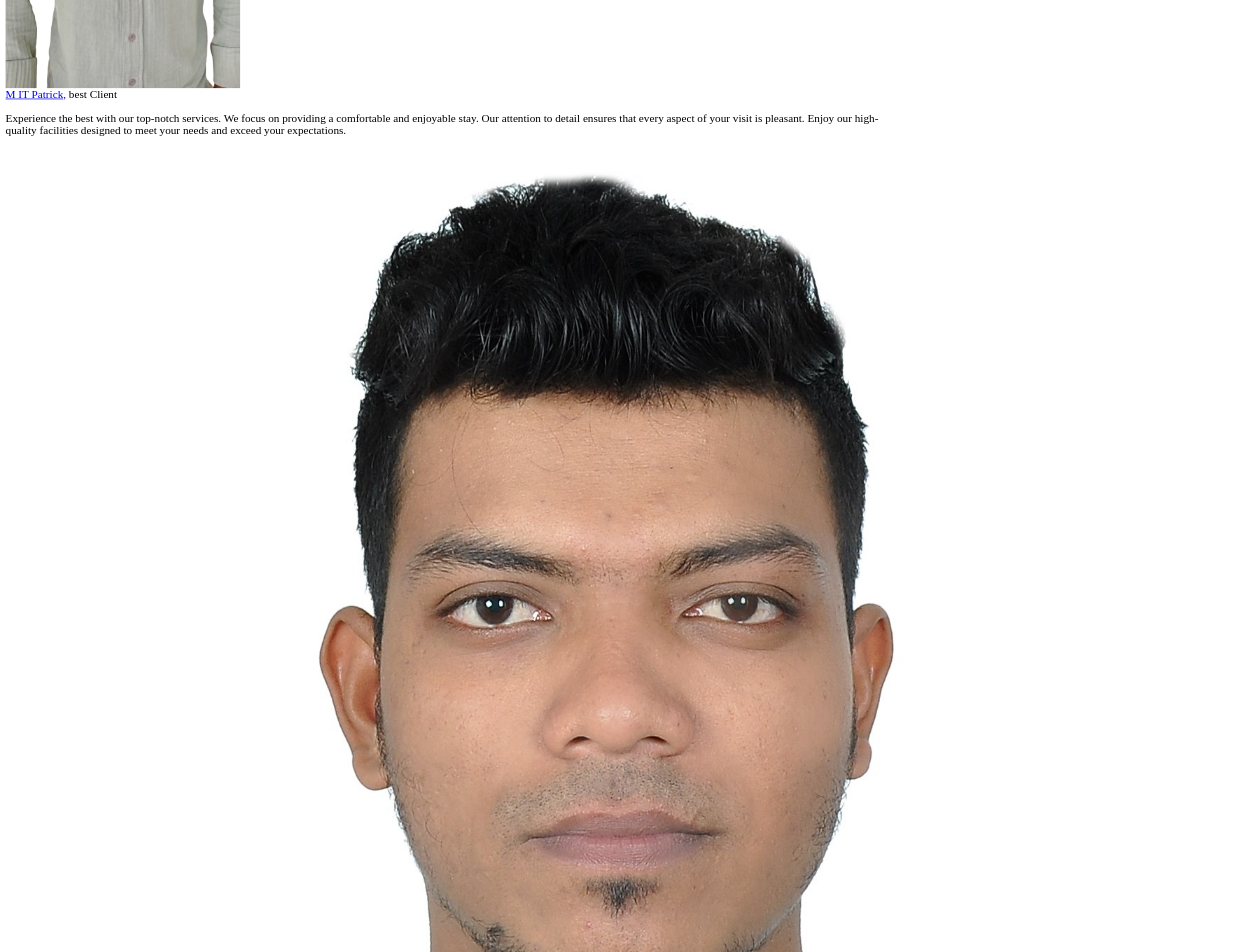
Repository: ITpatrick1/Accommodation-System
Page: http://localhost/home.php
These files come from the project's save history. The page is drawn as it stood at one moment and after a run of saves; the edit follows.
The browser window is 1280 px wide. The page is 1770 px wide, then 1673 px, so the pictures cover 1770 px, including what lies to the right of the window. The pictures show the part of the page from y = 3997 to 5357 px (the page is 8213 px tall before and 7286 px after), at 70% of full size.
The page is run by PHP 8.4 with error messages shown; the project is at /var/www/html/.

Above is the page before, as saved 2024-08-19 01:59:44.

### home.php
<div class="intro">
    <div class="container">
      <div class="row">
        <div class="col">
          <div class="section_title text-center">
            <div>Welcome</div>
            <h1>Amazing Hotel in front of the Sea</h1>
          </div>
        </div>
      </div>
      <div class="row intro_row">
        <div class="col-xl-8 col-lg-10 offset-xl-2 offset-lg-1">
          <div class="intro_text text-center">
            <p>Effective planning and maximum effort are essential for success. Handling time well and with pleasure is key to managing tasks smoothly without obstacles. Focus on details, even when things are complicated, and stay concentrated on important tasks for progress. Carefully plan for future success and respect important tasks. Enjoy managing time and addressing tasks effectively, without barriers. Pay attention to details amidst complexity and keep focused on key tasks for growth and advancement. Planning carefully and respecting essential tasks will lead to future success.</p>
          </div>
        </div>
      </div>
      <div class="row gallery_row">
        <div class="col">

          <!-- Gallery -->
          <div class="gallery_slider_container">
            <div class="owl-carousel owl-theme gallery_slider">

              <!-- Slide -->
              <div class="gallery_slide">
                <img src="images/gallery_1.jpg" alt="">
                <div class="gallery_overlay">
                  <div class="text-center d-flex flex-column align-items-center justify-content-center">
                    <a href="#">
                      <!-- <span>+</span>
                      <span>See More</span> -->
                    </a>
                  </div>
                </div>
              </div>

              <!-- Slide -->
              <div class="gallery_slide">
                <img src="images/gallery_2.jpg" alt="">
                <div class="gallery_overlay">
                  <div class="text-center d-flex flex-column align-items-center justify-content-center">
                    <a href="#">
                      <!-- <span>+</span>
                      <span>See More</span> -->
                    </a>
                  </div>
                </div>
              </div>

              <!-- Slide -->
              <div class="gallery_slide">
                <img src="images/gallery_3.jpg" alt="">
                <div class="gallery_overlay">
                  <div class="text-center d-flex flex-column align-items-center justify-content-center">
                    <a href="#">
                      <!-- <span>+</span>
                      <span>See More</span> -->
                    </a>
                  </div>
                </div>
              </div>

              <!-- Slide -->
              <div class="gallery_slide">
                <img src="images/gallery_4.jpg" alt="">
                <div class="gallery_overlay">
                  <div class="text-center d-flex flex-column align-items-center justify-content-center">
                    <a href="#">
                      <!-- <span>+</span>
                      <span>See More</span> -->
                    </a>
                  </div>
                </div>
              </div>

            </div>
          </div>

        </div>
      </div>
    </div>
  </div>

  <!-- Rooms -->

  <div class="rooms_right container_wrapper">
    <div class="container">
      <div class="row row-eq-height">

        <!-- Rooms Image -->
        <div class="col-xl-6 order-xl-1 order-2">
          <div class="rooms_slider_container">
            <div class="owl-carousel owl-theme rooms_slider">

              <!-- Slide -->
              <div class="slide">
                <div class="background_image" style="background-image:url(images/rooms_1.jpg)"></div>
              </div>

              <!-- Slide -->
              <div class="slide">
                <div class="background_image" style="background-image:url(images/rooms_1.jpg)"></div>
              </div>

              <!-- Slide -->
              <div class="slide">
                <div class="background_image" style="background-image:url(images/rooms_1.jpg)"></div>
              </div>

            </div>
          </div>
        </div>

        <!-- Rooms Content -->
        <div class="col-xl-6 order-xl-2 order-1">
          <div class="rooms_right_content">
            <div class="section_title">
              <div>Rooms</div>
              <h1>Luxury Double Suite</h1>
            </div>
            <div class="rooms_text">
              <p>Effective planning and effort are crucial. Managing time well and handling tasks smoothly are important for success. Focus on key details, even if things get complicated, and stay committed to your goals. Plan carefully and respect essential tasks to achieve progress. Enjoy managing time and addressing tasks effectively, and stay focused on important details to ensure success.</p>
            </div>
            <div class="rooms_list">
              <ul>
                <li class="d-flex flex-row align-items-center justify-content-start">
                  <img src="images/check.png" alt="">
                  <span>Time management and handling tasks were effective.</span>
                </li>
                <li class="d-flex flex-row align-items-center justify-content-start">
                  <img src="images/check.png" alt="">
                  <span>Time management was effective</span>
                </li>
                <li class="d-flex flex-row align-items-center justify-content-start">
                  <img src="images/check.png" alt="">
                  <span>Flexible and adaptable to elite standards.</span>
                </li>
              </ul>
            </div>
            <div class="rooms_price">70,000FRW/<span>Night</span></div>

          </div>
        </div>

      </div>
    </div>
  </div>

  <!-- Rooms -->

  <div class="rooms_left container_wrapper">
    <div class="container">
      <div class="row row-eq-height">

        <!-- Rooms Content -->
        <div class="col-xl-6">
          <div class="rooms_left_content">
            <div class="section_title">
              <div>Rooms</div>
              <h1>Luxury Single Room</h1>
            </div>
            <div class="rooms_text">
              <p>Focus on optimizing your approach. Time management was previously handled well. No issues with the details; everything is in place. Ensure consistency in practices and focus on improvements. Handle tasks with precision and adapt as needed. Maintain high standards and adjust strategies as required. Previously managed time effectively.</p>
            </div>
            <div class="rooms_list">
              <ul>
                <li class="d-flex flex-row align-items-center justify-content-start">
                  <img src="images/check.png" alt="">
                  <span>Time management was previously handled well.</span>
                </li>
                <li class="d-flex flex-row align-items-center justify-content-start">
                  <img src="images/check.png" alt="">
                  <span>Time management was previously managed</span>
                </li>
                <li class="d-flex flex-row align-items-center justify-content-start">
                  <img src="images/check.png" alt="">
                  <span>Use options carefully to achieve the best outcome.</span>
                </li>
              </ul>
            </div>
            <div class="rooms_price">97,000FRW/<span>Night</span></div>

          </div>
        </div>

        <!-- Rooms Image -->
        <div class="col-xl-6">
          <div class="rooms_slider_container">
            <div class="owl-carousel owl-theme rooms_slider">

              <!-- Slide -->
              <div class="slide">
                <div class="background_image" style="background-image:url(images/rooms_2.jpg)"></div>
              </div>

              <!-- Slide -->
              <div class="slide">
                <div class="background_image" style="background-image:url(images/rooms_2.jpg)"></div>
              </div>

              <!-- Slide -->
              <div class="slide">
                <div class="background_image" style="background-image:url(images/rooms_2.jpg)"></div>
              </div>

            </div>
          </div>
        </div>

      </div>
    </div>
  </div>

  <!-- Discover -->

  <div class="discover">

    <!-- Discover Content -->
    <div class="discover_content">
      <div class="container">
        <div class="row">
          <div class="col-lg-5">
            <div class="section_title">
              <div>Hotel</div>
              <h1>Discover Marimar Hotel</h1>
            </div>
          </div>
        </div>
        <div class="row discover_row">
          <div class="col-lg-5">
            <div class="discover_highlight">
              <p>Time has passed, but the experience remains excellent. The hotel offers great amenities, with a focus on quality and comfort.</p>
            </div>
            <!-- <div class="button discover_button"><a href="#">discover</a></div> -->
          </div>
          <div class="col-lg-7">
            <div class="discover_text">
              <p>Time has passed, but the experience is still excellent. The hotel offers top-notch amenities and a comfortable environment. The service is consistent and focused on quality. Our facilities are designed to meet your needs and ensure a pleasant stay. Whether you’re looking for relaxation or convenience, everything is carefully maintained to provide a satisfying experience.</p>
            </div>
          </div>
        </div>
      </div>
    </div>

    <!-- Discover Slider -->
    <div class="discover_slider_container">
      <div class="owl-carousel owl-theme discover_slider">

        <!-- Slide -->
        <div class="slide">
          <div class="background_image" style="background-image:url(images/discover_1.jpg)"></div>
          <div class="discover_overlay d-flex flex-column align-items-center justify-content-center">
            <h1><a href="#">Weddings</a></h1>
          </div>
        </div>

        <!-- Slide -->
        <div class="slide">
          <div class="background_image" style="background-image:url(images/discover_2.jpg)"></div>
          <div class="discover_overlay d-flex flex-column align-items-center justify-content-center">
            <h1><a href="#">Parties</a></h1>
          </div>
        </div>

        <!-- Slide -->
        <div class="slide">
          <div class="background_image" style="background-image:url(images/discover_3.jpg)"></div>
          <div class="discover_overlay d-flex flex-column align-items-center justify-content-center">
            <h1><a href="#">Relax</a></h1>
          </div>
        </div>

      </div>
    </div>

  </div>

  <!-- Testimonials -->

  <div class="testimonials">
    <div class="container">
      <div class="row">
        <div class="col">
          <div class="section_title text-center">
            <div>Clients</div>
            <h1>Testimonials</h1>
          </div>
        </div>
      </div>
      <div class="row testimonials_row">
        <div class="col">

          <!-- Testimonials Slider -->
          <div class="testimonials_slider_container">
            <div class="owl-carousel owl-theme testimonials_slider">

              <!-- Slide -->
              <div>
                <div class="testimonial_text text-center">
                  <p>"Experience top-notch service and amenities. Our focus is on providing a comfortable and pleasant stay. We offer high-quality facilities with attention to detail. Our goal is to ensure that your visit is enjoyable and meets your expectations.</p>
                </div>
                <div class="testimonial_author text-center">
                  <div class="testimonial_author_image"><img src="images/1.png" alt=""></div>
                  <div class="testimonial_author_name"><a href="#">M IT Patrick,</a><span> best Client</span></div>
                </div>
              </div>

              <!-- Slide -->
              <div>
                <div class="testimonial_text text-center">
                  <p>Experience the best with our top-notch services. We focus on providing a comfortable and enjoyable stay. Our attention to detail ensures that every aspect of your visit is pleasant. Enjoy our high-quality facilities designed to meet your needs and exceed your expectations.</p>
                </div>
                <div class="testimonial_author text-center">
                  <div class="testimonial_author_image"><img src="images/rayhan.jpg" alt=""></div>
                  <div class="testimonial_author_name"><a href="#">N IT kevin,</a><span> Client</span></div>
                </div>
              </div>

              <!-- Slide -->
              <div>
                <div class="testimonial_text text-center">
                  <p>Experience top-notch service with our attention to detail. We ensure your stay is comfortable and enjoyable. Our facilities are designed to meet your needs and exceed your expectations. Enjoy a stay where everything is taken care of for you.</p>
                </div>
                <div class="testimonial_author text-center">
                  <div class="testimonial_author_image"><img src="images/tushar.jpg" alt=""></div>
                  <div class="testimonial_author_name"><a href="#">N_David,</a><span> Client</span></div>
                </div>
              </div>

            </div>
          </div>
        </div>
      </div>
    </div>
  </div>

After the next 3 saves:
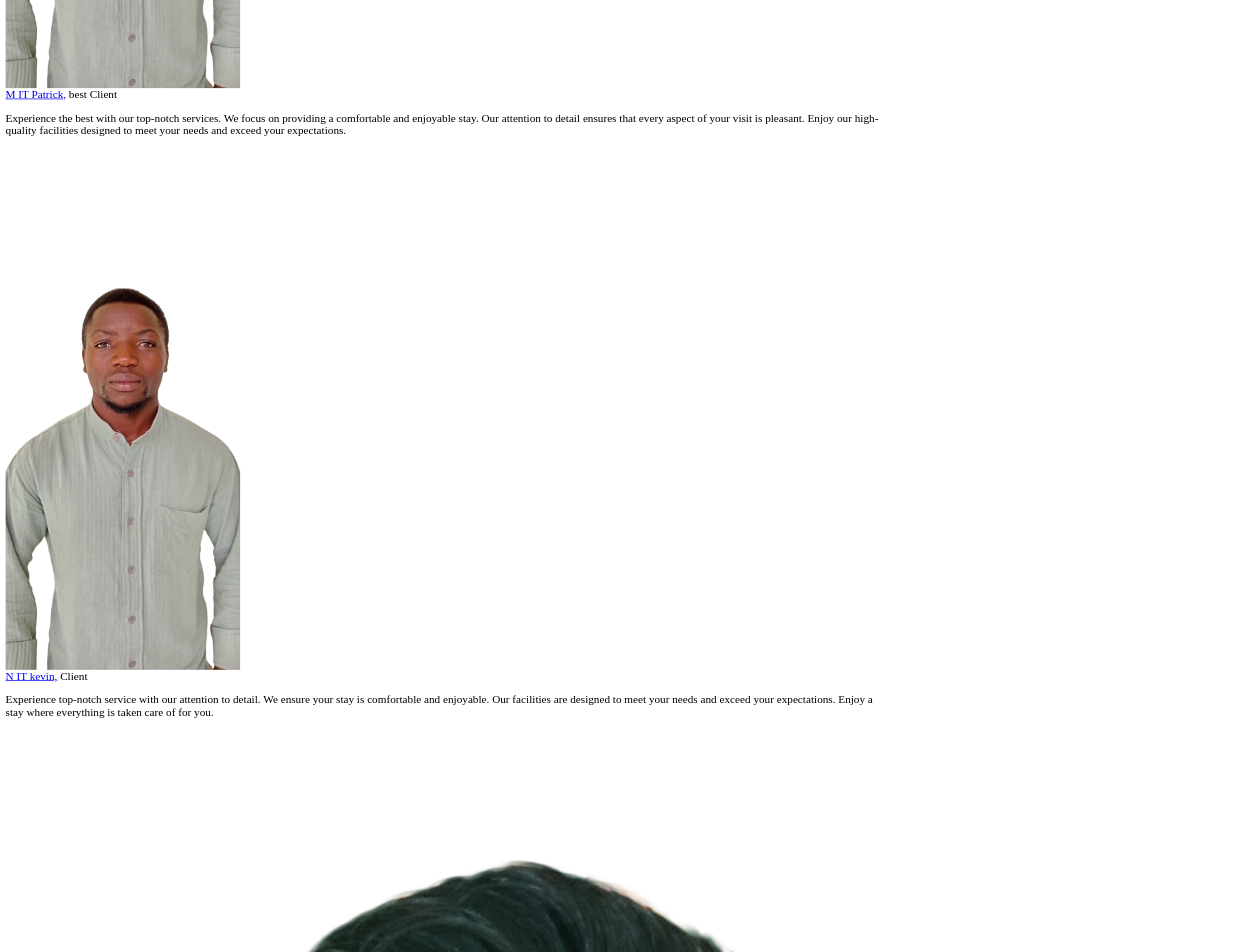
The 3 saves are shown as one change because they came seconds apart.
The last was saved 2 min 11 s later.
--- a/home.php
+++ b/home.php
@@ -312,7 +312,7 @@
                   <p>Experience the best with our top-notch services. We focus on providing a comfortable and enjoyable stay. Our attention to detail ensures that every aspect of your visit is pleasant. Enjoy our high-quality facilities designed to meet your needs and exceed your expectations.</p>
                 </div>
                 <div class="testimonial_author text-center">
-                  <div class="testimonial_author_image"><img src="images/rayhan.jpg" alt=""></div>
+                  <div class="testimonial_author_image"><img src="images/1.png" alt=""></div>
                   <div class="testimonial_author_name"><a href="#">N IT kevin,</a><span> Client</span></div>
                 </div>
               </div>
